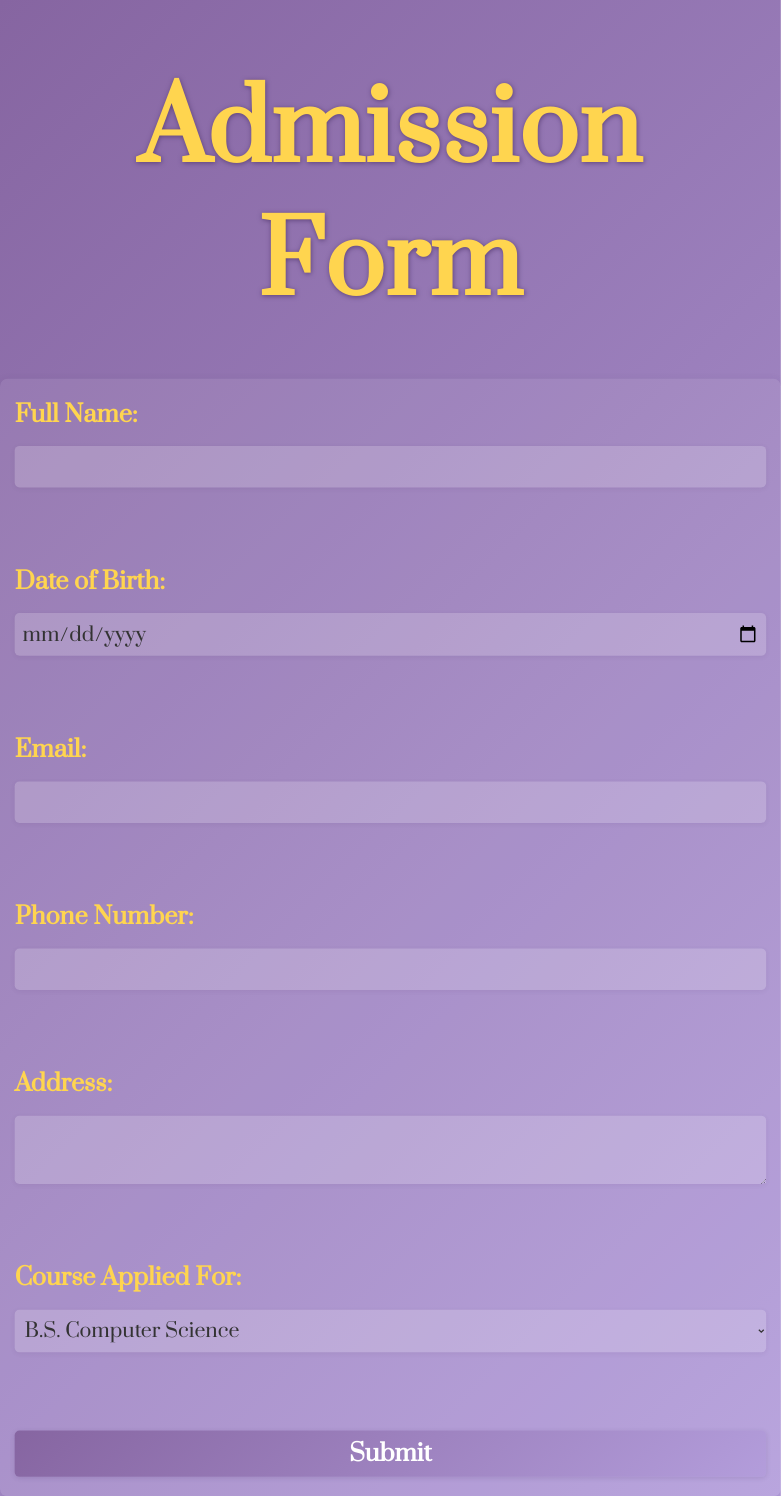
Repository: moinakhere/kelani_university
Page: admission.html
An editor plug-in stored every save of this project. The page is shown before and after the next save, followed by the edit.
The browser window is 1280 px wide. The pictures show the whole page, at 61% of full size.

Above is the page before, as saved 2025-08-04 21:19:06.

### admission.html
<!DOCTYPE html>
<html>
<head>
    <meta charset="UTF-8">
    <meta name="viewport" content="width=device-width, initial-scale=1.0">
    <link rel="stylesheet" href="css/comppage.css">
</head>
<body class="form-body">
    <h1 class="form-head">Admission Form</h1>
    <form class="form">
        <label for="fullname">Full Name:</label>
        <input type="text" id="fullname" name="fullname" required><br><br>

        <label for="dob">Date of Birth:</label>
        <input type="date" id="dob" name="dob" required><br><br>

        <label for="email">Email:</label>
        <input type="email" id="email" name="email" required><br><br>

        <label for="phone">Phone Number:</label>
        <input type="tel" id="phone" name="phone" required><br><br>

        <label for="address">Address:</label>
        <textarea id="address" name="address" required></textarea><br><br>

        <label for="course">Course Applied For:</label>
        <select>
            <option value="compsc">B.S. Computer Science</option>
            <option value="math">B.S. Mathematics</option>
            <option value="bot">B.S. Botany</option>
            <option value="zoo">B.S. Zoology</option>
            <option value="phy">B.S. Physics</option>
            <option value="chem">B.S. Chemistry</option>
            <option value="stat">B.S. Statistics</option>
        </select><br><br>

        <input type="submit" value="Submit">
    </form>
</body>
</html>

### css/comppage.css
@import url('https://fonts.googleapis.com/css2?family=Courier+Prime:ital,wght@0,400;0,700;1,400;1,700&display=swap');
@import url('https://fonts.googleapis.com/css2?family=Courier+Prime:ital,wght@0,400;0,700;1,400;1,700&family=Prata&display=swap');
/*
Comp Pages CSS
*/
body {
    background: linear-gradient(135deg, #8665A1 0%, #B39DDB 100%);
    color: #fff;
    font-family: 'Courier Prime', monospace;
    margin: 0;
    padding: 0;
    height: 100%;
}

.container {
    max-width: 800px;
    margin: 40px auto;
    background: /*rgba(40, 20, 60, 0.85);*/ rgba(4, 207, 190, 0.9);
    border-radius: 18px;
    box-shadow: 0 8px 32px rgba(60, 40, 90, 0.25);
    padding: 40px 32px;
}

h1 {
    font-size: 5em;
    margin-bottom: 0.5em;
    letter-spacing: 2px;
    text-align: center;
    color: #FFD54F;
    text-shadow: 1px 2px 8px #5e437a;
}

p {
    font-size: 1.5em;
    line-height: 1.25;
    margin-bottom: 1.2em;
}

li {
    font-size: 1.5em;
    line-height: 1.25;
    margin-bottom: 1.2em;
}

@media (max-width: 600px) {
    .container {
        padding: 18px 8px;
    }

    h1 {
        font-size: 2em;
    }

    p {
        font-size: 1em;
    }
}
/*
Admission Form CSS
*/
.form {
    display: flex;
    flex-direction: column;
    gap: 20px;
    background: rgba(255,255,255,0.08);
    padding: 32px 24px;
    border-radius: 12px;
    box-shadow: 0 4px 16px rgba(60, 40, 90, 0.12);
}

.form label {
    font-size: 1.2em;
    color: #FFD54F;
    margin-bottom: 6px;
    font-weight: bold;
}

.form input,
.form textarea,
.form select {
    padding: 12px;
    border-radius: 8px;
    border: none;
    font-size: 1em;
    font-family: inherit;
    background: rgba(255,255,255,0.18);
    color: #333;
    transition: background 0.2s, box-shadow 0.2s;
    box-shadow: 0 2px 8px rgba(60, 40, 90, 0.08);
}

.form input:focus,
.form textarea:focus,
.form select:focus {
    background: #fff;
    outline: none;
    box-shadow: 0 0 0 2px #8665A1;
}

.form button,
.form input[type="submit"] {
    padding: 12px 24px;
    border-radius: 8px;
    border: none;
    background: linear-gradient(135deg, #8665A1 0%, #B39DDB 100%);
    color: #fff;
    font-size: 1.2em;
    font-weight: bold;
    cursor: pointer;
    transition: background 0.2s, box-shadow 0.2s;
    box-shadow: 0 2px 8px rgba(60, 40, 90, 0.15);
}

.form button:hover,
.form input[type="submit"]:hover {
    background: linear-gradient(135deg, #B39DDB 0%, #8665A1 100%);
    box-shadow: 0 4px 16px rgba(60, 40, 90, 0.18);
}
.form-body {
    background: linear-gradient(135deg, #8665A1 0%, #B39DDB 100%);
    color: #fff;
    font-family: "Prata",serif;
    font-size: 2em;
    margin: 0;
    padding: 0;
    height: 100%;
}

After the next save:
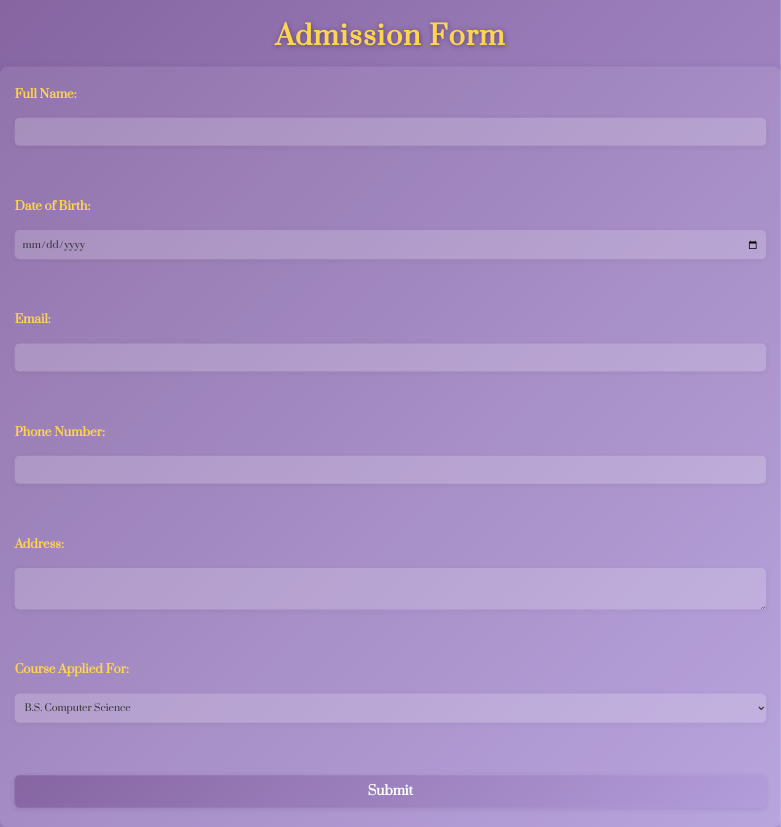
Saved 76 s later.
--- a/css/comppage.css
+++ b/css/comppage.css
@@ -69,7 +69,7 @@ Admission Form CSS
 }
 
 .form label {
-    font-size: 1.2em;
+    font-size: 1.1em;
     color: #FFD54F;
     margin-bottom: 6px;
     font-weight: bold;
@@ -81,7 +81,7 @@ Admission Form CSS
     padding: 12px;
     border-radius: 8px;
     border: none;
-    font-size: 1em;
+    font-size: 0.9em;
     font-family: inherit;
     background: rgba(255,255,255,0.18);
     color: #333;
@@ -120,8 +120,15 @@ Admission Form CSS
     background: linear-gradient(135deg, #8665A1 0%, #B39DDB 100%);
     color: #fff;
     font-family: "Prata",serif;
-    font-size: 2em;
+    font-size: 1.1em;
     margin: 0;
     padding: 0;
     height: 100%;
 }
+.form-head {
+    text-align: center;
+    font-size: 2.5em;
+    margin-bottom: 20px;
+    color: #FFD54F;
+    text-shadow: 1px 2px 8px #5e437a;
+}
